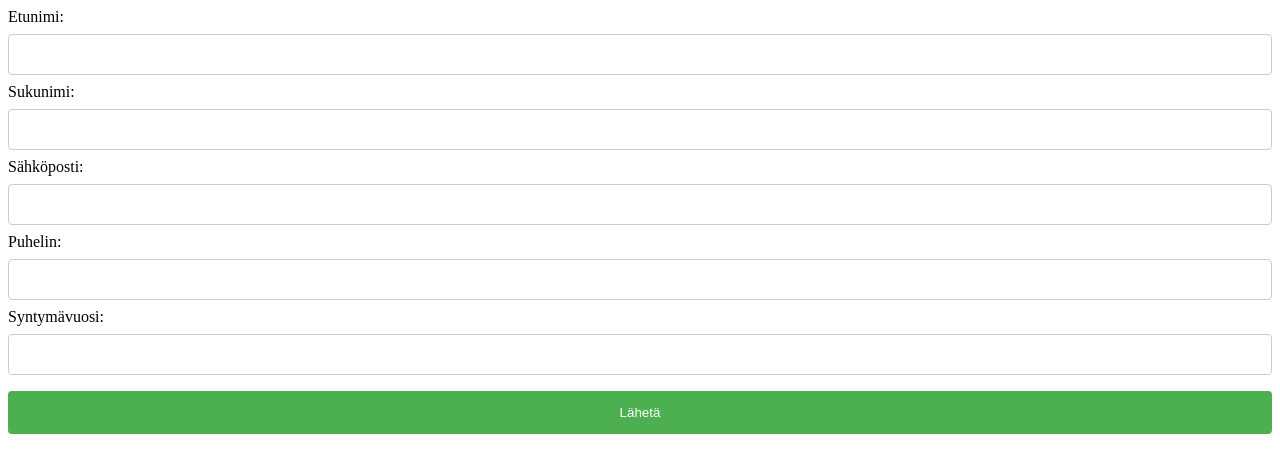
Repository: jajusu/Ohjelmointi2
Page: http://localhost/KolmasTehtava/kysy.jsp
An editor plug-in stored every save of this project. The page is shown before and after the next save, followed by the edit.
The browser window is 1280 px wide. The pictures show the whole page.
The page is served by Tomcat 9.

Above is the page before, as saved 2021-04-09 09:47:48.

After the next save:
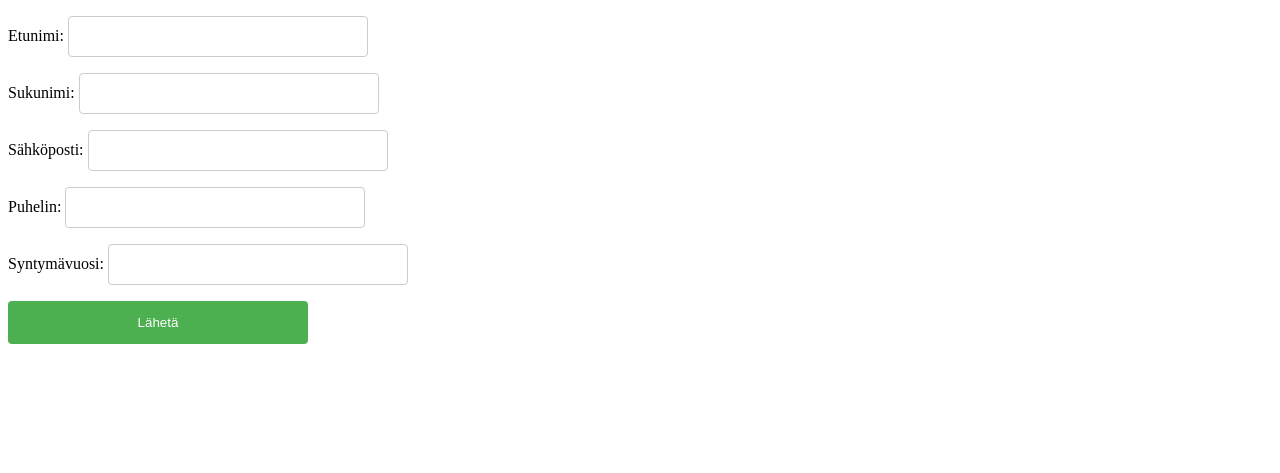
Saved 117 s later.
--- a/KolmasTehtava/WebContent/kysy.jsp
+++ b/KolmasTehtava/WebContent/kysy.jsp
@@ -9,6 +9,7 @@
 <style>
 input[type=text], select {
   width: 100%;
+  max-width: 300px;
   padding: 12px 20px;
   margin: 8px 0;
   display: inline-block;
@@ -19,6 +20,7 @@
 
 input[type=submit] {
   width: 100%;
+  max-width: 300px;
   background-color: #4CAF50;
   color: white;
   padding: 14px 20px;

After the 3 saves that followed:
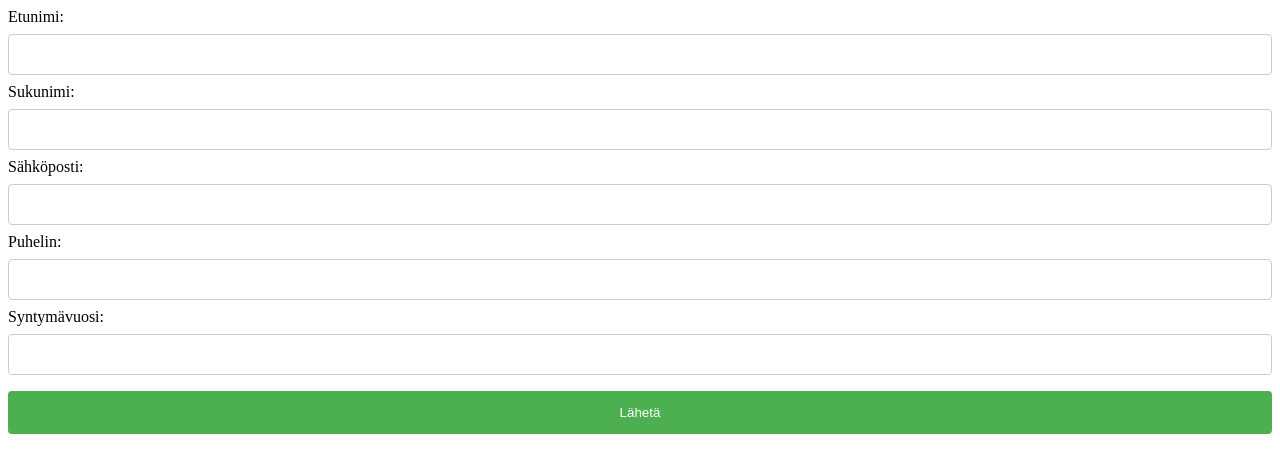
The 3 saves are shown as one change because 2 left the picture as it was.
The last was saved 2 min 56 s later.
--- a/KolmasTehtava/WebContent/kysy.jsp
+++ b/KolmasTehtava/WebContent/kysy.jsp
@@ -9,7 +9,6 @@
 <style>
 input[type=text], select {
   width: 100%;
-  max-width: 300px;
   padding: 12px 20px;
   margin: 8px 0;
   display: inline-block;
@@ -20,7 +19,6 @@
 
 input[type=submit] {
   width: 100%;
-  max-width: 300px;
   background-color: #4CAF50;
   color: white;
   padding: 14px 20px;
